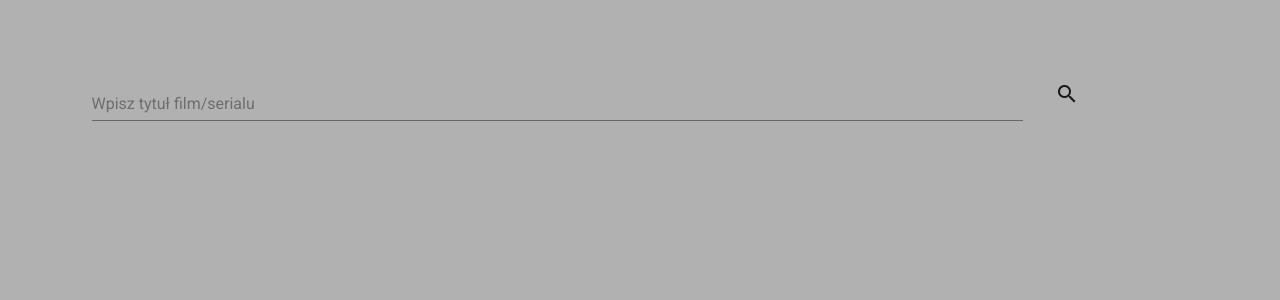
Repository: kq333/wyszukiwarka-filmow-seriali
Page: / (app in searchapp/)
These files come from the project's save history. The page is drawn as it stood at one moment and after the next save; the edit follows.
The browser window is 1280 px wide. The pictures show the whole page.
The project was rebuilt for these pictures with package versions that can differ from the ones it lists, and the page was loaded fresh each time. Also part of the build but not shown: searchapp/vue.config.js, searchapp/src/views/Home.vue.

Above is the page before, as saved 2021-02-18 15:06:18.

After the next save:
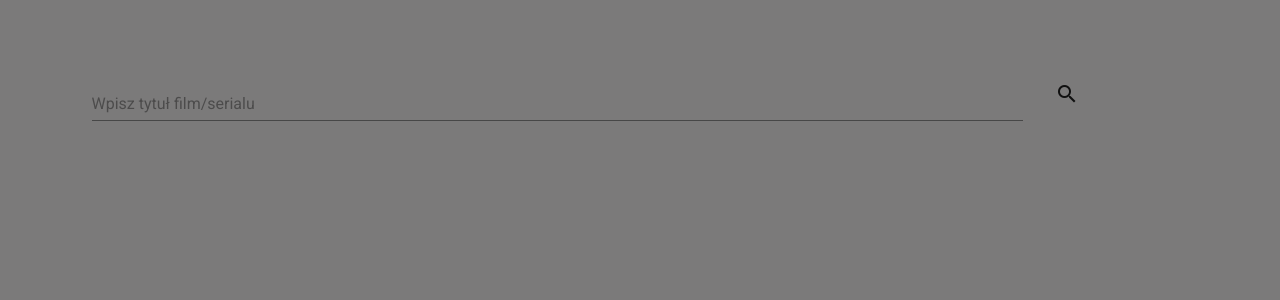
Saved 7 s later.
--- a/searchapp/src/App.vue
+++ b/searchapp/src/App.vue
@@ -27,7 +27,7 @@ export default {
 <style >
 
 #demo1{
-  background-color:rgba(7, 6, 6, 0.315);
+  background-color:rgba(7, 6, 6, 0.534);
 }
 
 </style>
